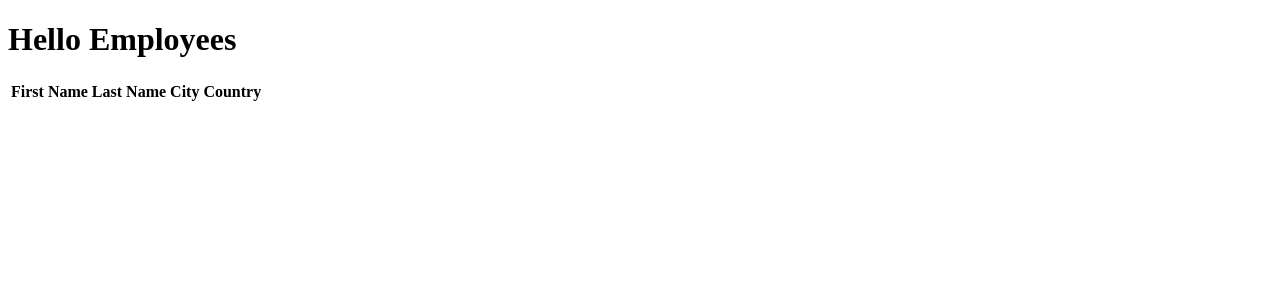
Repository: SaumyaGuptaTechnokrat/Employee_management
Page: http://localhost/Employee/EmployeeList.jsp
An editor plug-in stored every save of this project. The page is shown before and after the next save, followed by the edit.
The browser window is 1280 px wide. The pictures show the whole page.
The page is served by Tomcat 9. Queries for data that is not in the repository find no rows.

Above is the page before, as saved 2023-02-11 15:19:28.

After the next save:
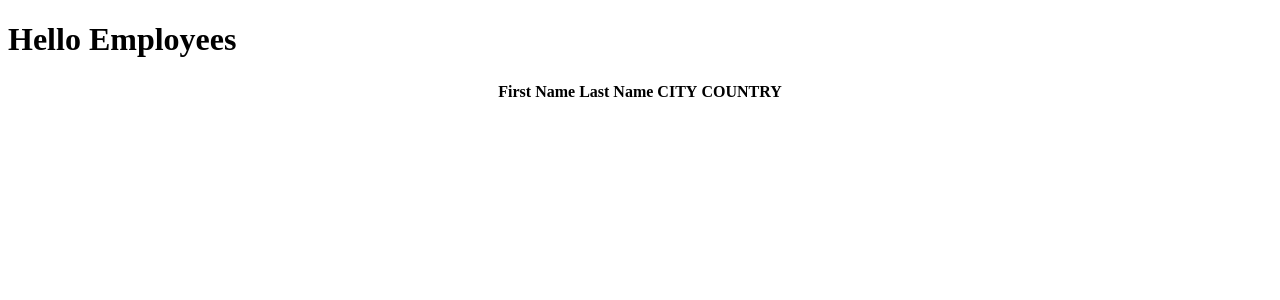
Saved 45 s later.
--- a/Employee/src/main/webapp/EmployeeList.jsp
+++ b/Employee/src/main/webapp/EmployeeList.jsp
@@ -9,7 +9,7 @@
 <body>
 <h1>Hello Employees</h1>
 <%
-out.println("<table><tr><th>First Name</th><th>Last Name</th><th>City</th><th>Country</th></tr>");
+out.print("<table align='center' class='table'><tr><th>First Name</th><th>Last Name</th><th>CITY</th><th>COUNTRY</th></tr>");
 for(Employee e:(List<Employee>)EmployeeDAO.getAllEmployee())
 {
 
